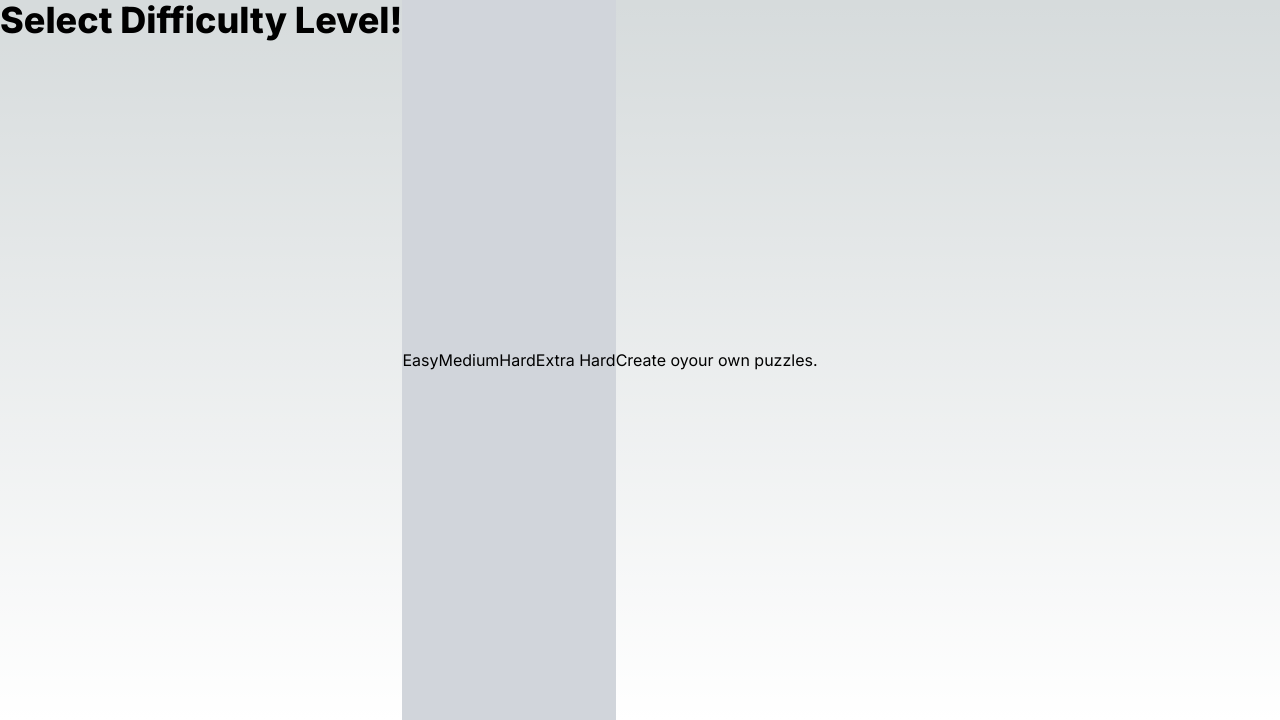
Repository: badhon252/sudoku
Page: /level
The author's editor kept a copy of each file at every save. The page is drawn from the files as they stood at one save, then again after the next save.
The browser window is 1280 px wide. The pictures show the whole page.
The project was rebuilt for these pictures with package versions that can differ from the ones it lists, and the page was loaded fresh each time. The framework's server and built-in components were replaced by stand-ins that run in the browser. Also part of the build but not shown: next.config.js.

Above is the page before, as saved 2023-06-04 21:48:23.

### app/level/page.tsx
import React from 'react'

export default function Level() {
  return (
    <div className='min-h-screen flex'>
        <h1 className='text-4xl font-extrabold'>Select Difficulty Level! </h1>
        <button className='bg-gray-300'>Easy</button>
        <button className='bg-gray-300'>Medium</button>
        <button className='bg-gray-300'>Hard</button>
        <button className='bg-gray-300'>Extra Hard</button>

        <button>Create oyour own puzzles.</button>
    </div>
  )
}

Loaded but not shown: app/layout.tsx (common file); app/globals.css (common file); tailwind.config.js (common file)

After the next save:
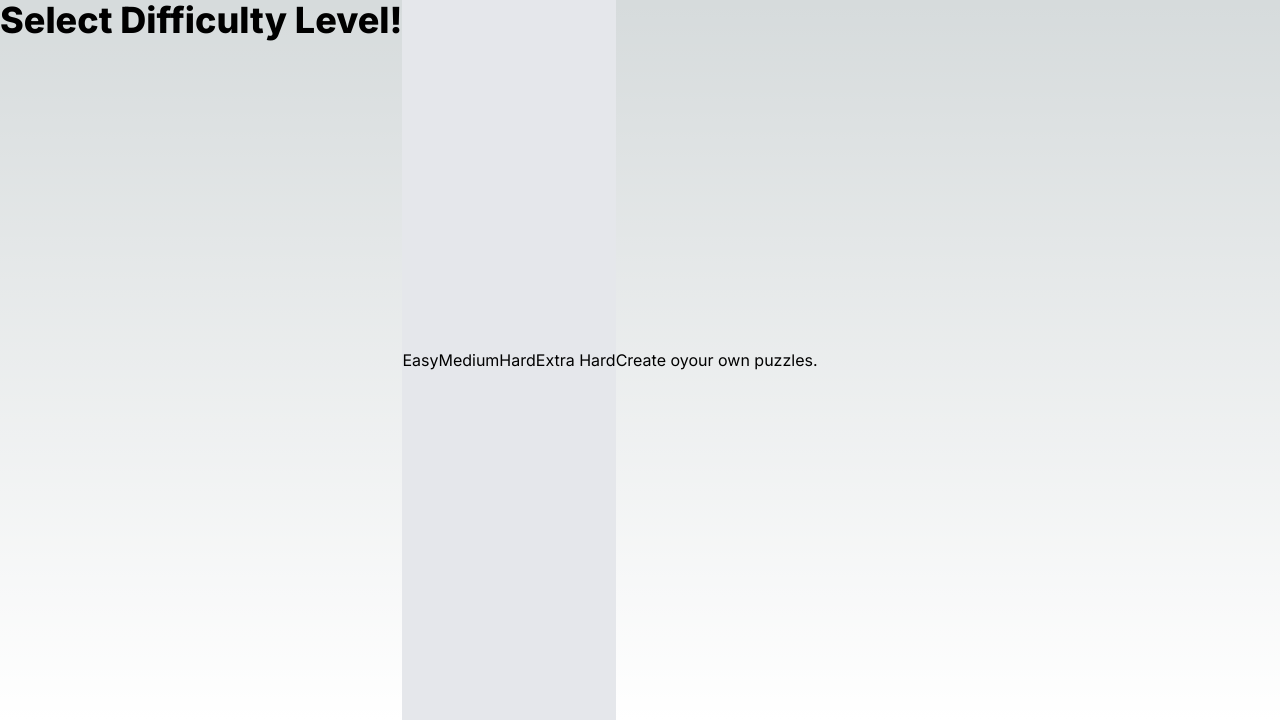
Saved 4 s later.
--- a/app/level/page.tsx
+++ b/app/level/page.tsx
@@ -4,10 +4,10 @@ export default function Level() {
   return (
     <div className='min-h-screen flex'>
         <h1 className='text-4xl font-extrabold'>Select Difficulty Level! </h1>
-        <button className='bg-gray-300'>Easy</button>
-        <button className='bg-gray-300'>Medium</button>
-        <button className='bg-gray-300'>Hard</button>
-        <button className='bg-gray-300'>Extra Hard</button>
+        <button className='bg-gray-200'>Easy</button>
+        <button className='bg-gray-200'>Medium</button>
+        <button className='bg-gray-200'>Hard</button>
+        <button className='bg-gray-200'>Extra Hard</button>
 
         <button>Create oyour own puzzles.</button>
     </div>
